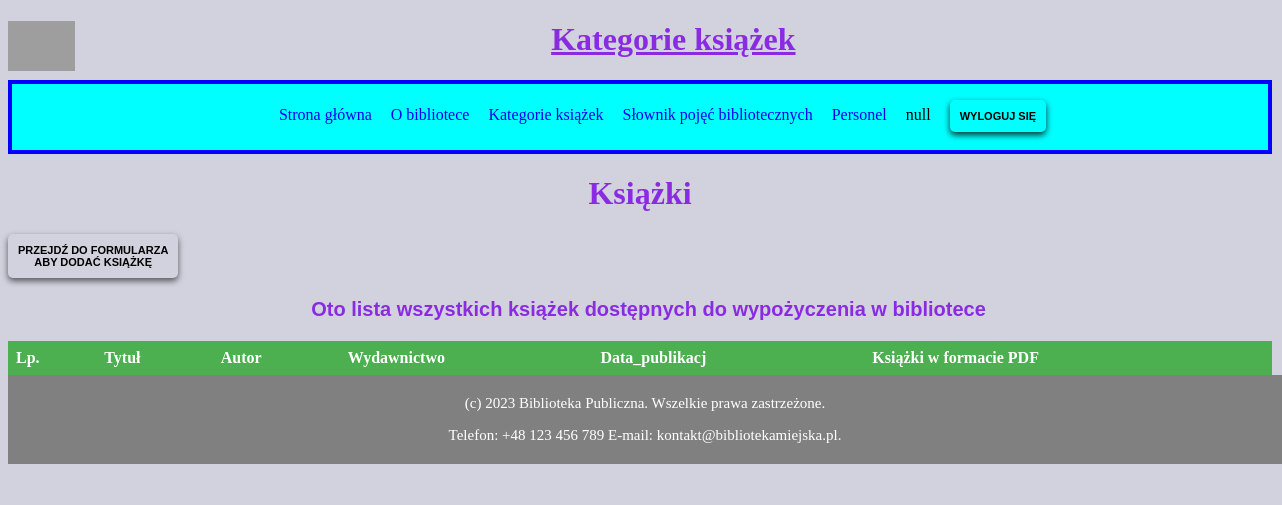
Repository: Dominik098/projekt
Page: http://localhost/biblioteka/C_Kategorie książek.jsp
These files come from the project's save history. The page is drawn as it stood at one moment and after the next save; the edit follows.
The browser window is 1280 px wide. The page is 1282 px wide, so the pictures cover 1282 px, including what lies to the right of the window. The pictures show the whole page.
Pictures or frames that could not be fetched are drawn as grey boxes. The page is served by Tomcat 9. Queries for data that is not in the repository find no rows.

Above is the page before, as saved 2023-06-08 18:32:23.

After the next save:
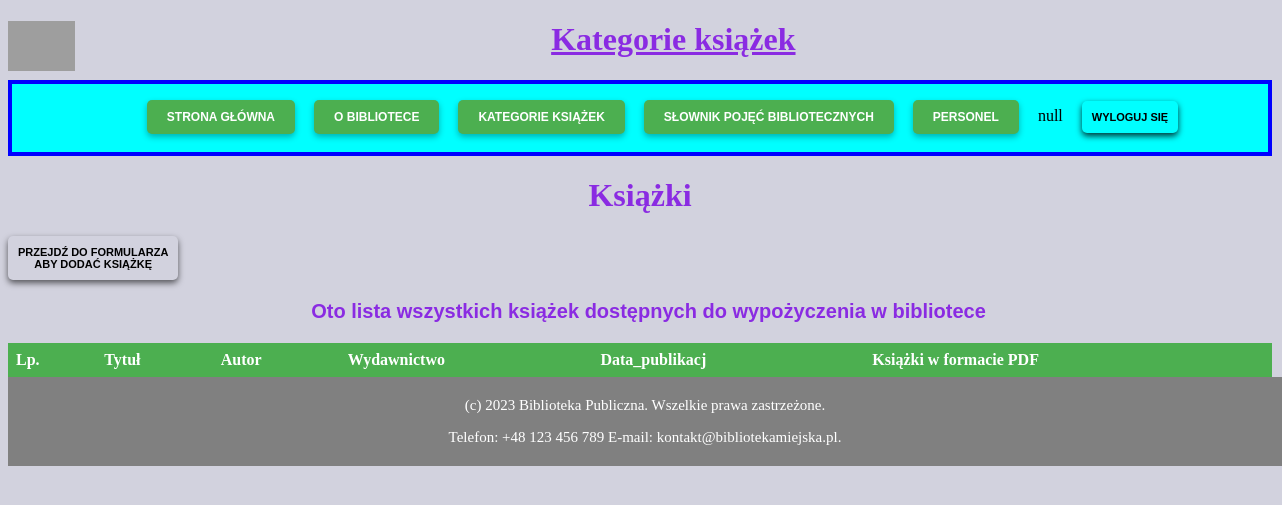
Saved 8 s later.
--- a/java projekt/biblioteka/src/main/webapp/C_Kategorie książek.jsp
+++ b/java projekt/biblioteka/src/main/webapp/C_Kategorie książek.jsp
@@ -30,12 +30,12 @@
     <header>
         <nav>
             <ul>
-                <li class="znacznik" ><a href="A_strona-gl.jsp">Strona główna</a></li>
-                <li class="znacznik" ><a href="B_O bibiotece.jsp">O bibliotece</a></li>
-                <li  class="znacznik"><a href="C_Kategorie książek.jsp">Kategorie książek </a></li>
-                <!--   <li><a href="D_Wypożyczenia.jsp">Wypożyczane </a></li>-->
-                <li class="znacznik"><a href="E_Słownik pojęć.jsp">Słownik pojęć bibliotecznych</a></li>
-                <li class="znacznik"><a href="F_personel.jsp">Personel</a></li>
+                <li class="znacznik" ><a href="A_strona-gl.jsp"><button class="pobierz" >Strona główna</button></a></li>
+                <li class="znacznik" ><a href="B_O bibiotece.jsp"><button class="pobierz" >O bibliotece</button></a></li>
+                <li  class="znacznik"><a href="C_Kategorie książek.jsp"><button class="pobierz" >Kategorie książek</button> </a></li>
+                <!--   <li><a href="D_Wypożyczenia.jsp"><button class="pobierz" >Wypożyczane </a></li>-->
+                <li class="znacznik"><a href="E_Słownik pojęć.jsp"><button class="pobierz" >Słownik pojęć bibliotecznych</button></a></li>
+                <li class="znacznik"><a href="F_personel.jsp"><button class="pobierz" >Personel</button></a></li>
                <!-- <li class="znacznik"><a href="G_login.jsp">Logowanie</a></li>
                 <li class="znacznik"><a href="H_rejestracja.jsp">Rejestracja</a></li>-->
 
